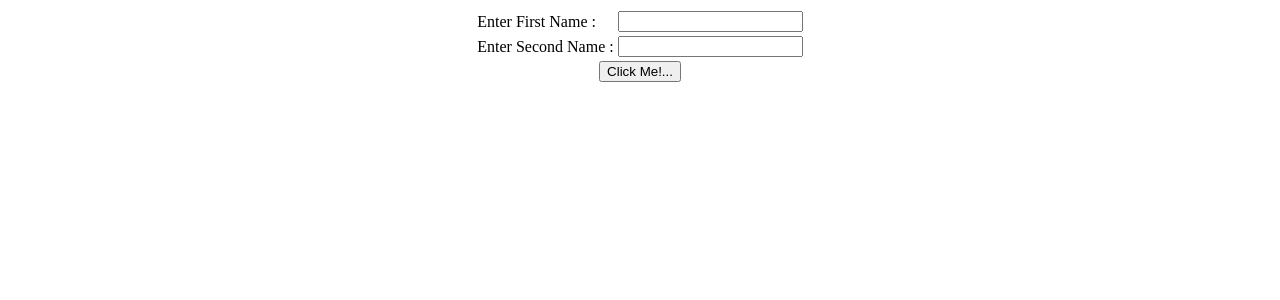
Repository: gajanansp07/Advance_Java_Practice
Page: Webapp/src/main/webapp/FullName.html
These files come from the project's save history. The page is drawn as it stood at one moment and after the next save; the edit follows.
The browser window is 1280 px wide. The pictures show the whole page.

Above is the page before, as saved 2022-03-13 06:46:22.

### Webapp/src/main/webapp/FullName.html
<!DOCTYPE html>
<html>
<head>
<meta charset="ISO-8859-1">
<title>Insert title here</title>
<style>
	tr{
		padding: 10px;
}
</style>
<script type="text/javascript">
function fullName() {
	  const output = document.getElementById('fullname');
	  let text = document.getElementById('fn').value;
	  output.innerHTML = text.concat(" "+document.getElementById('ln').value);
	}
</script>
</head>
<body>
<form>
<table align="center" >
<tr>
<td>Enter First Name : </td>
<td><input type="text" name="fname" id="fn"/></td>
</tr>
<tr>
<td>Enter Second Name : </td>
<td><input type="text" name="lname" id="ln" /></td>
</tr>
<tr>
<td colspan=2 align="center"><input type="button" value="Click Me!..." onClick="fullName()" ></td>
</tr>
</table>
<div id="fullname" style="text-align-last: center"></div>
</form>
</body>
</html>

After the next save:
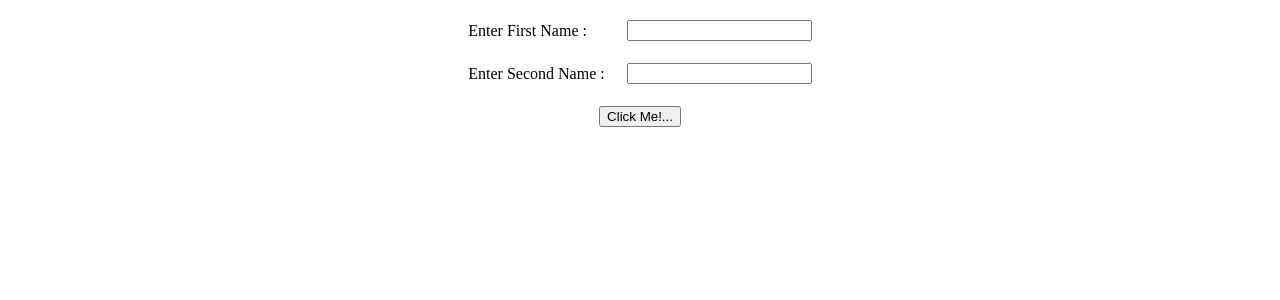
Saved 9 s later.
--- a/Webapp/src/main/webapp/FullName.html
+++ b/Webapp/src/main/webapp/FullName.html
@@ -4,7 +4,7 @@
 <meta charset="ISO-8859-1">
 <title>Insert title here</title>
 <style>
-	tr{
+	td{
 		padding: 10px;
 }
 </style>
